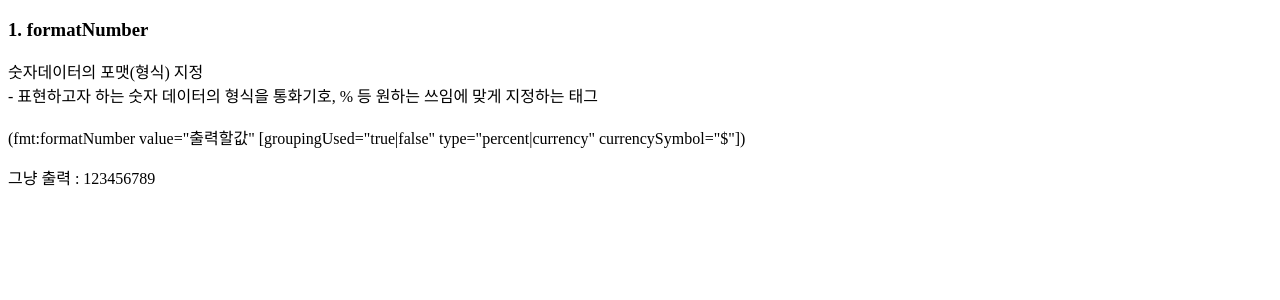
Repository: Young-27/DailyStudy
Page: http://localhost/actionProject/views/3_customAction/02_fmt.jsp
An editor plug-in stored every save of this project. The page is shown before and after the next save, followed by the edit.
The browser window is 1280 px wide. The pictures show the whole page.
The page is served by Tomcat 9.

Above is the page before, as saved 2021-06-18 06:53:49.

After the next save:
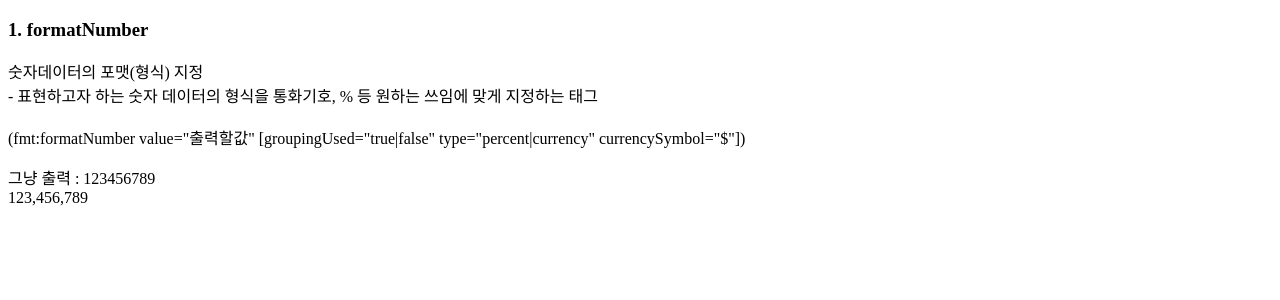
Saved 2 min 59 s later.
--- a/Server/web-workspace2/actionProject/WebContent/views/3_customAction/02_fmt.jsp
+++ b/Server/web-workspace2/actionProject/WebContent/views/3_customAction/02_fmt.jsp
@@ -22,6 +22,7 @@
 	<c:set var="num3" value="50000"/>
 
 	그냥 출력 : ${ num1 } <br>
+	<fmt:formatNumber value="${ num1 }"/>
 
 
 
